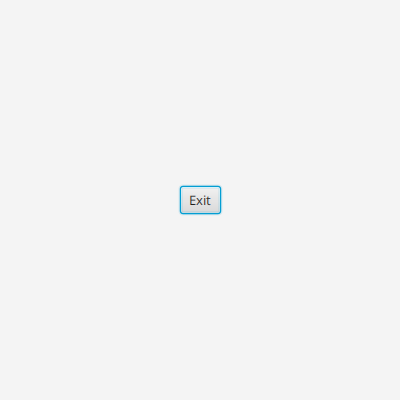
Repository: quasio007/AllMyWork
Program's window: java workspace/JavaFX/src/application/Main.java
The author's editor kept a copy of each file at every save. The program's window is drawn from the files as they stood at one save, then again after the next save.
It runs on Java 21 on a 1366 x 768 screen with JavaFX 11; the title bar is not drawn.

Above is the program's window before, as saved 2017-05-17 15:35:35.

After the next save:
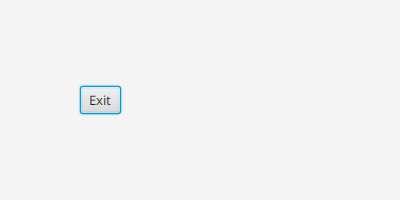
Saved 14 s later.
--- a/workspace/JavaFX/src/application/Main.java
+++ b/workspace/JavaFX/src/application/Main.java
@@ -43,7 +43,7 @@
 			stack.getChildren().add(exit);
 
 //			Create a scene and add the layout having components into it:
-			Scene scene = new Scene(stack, 400, 400);
+			Scene scene = new Scene(stack, 200, 200);
 			Scene scene1 =new Scene(border);
 			// scene.getStylesheets().add(getClass().getResource("application.css").toExternalForm());
 //			Add Scene to Stage:
